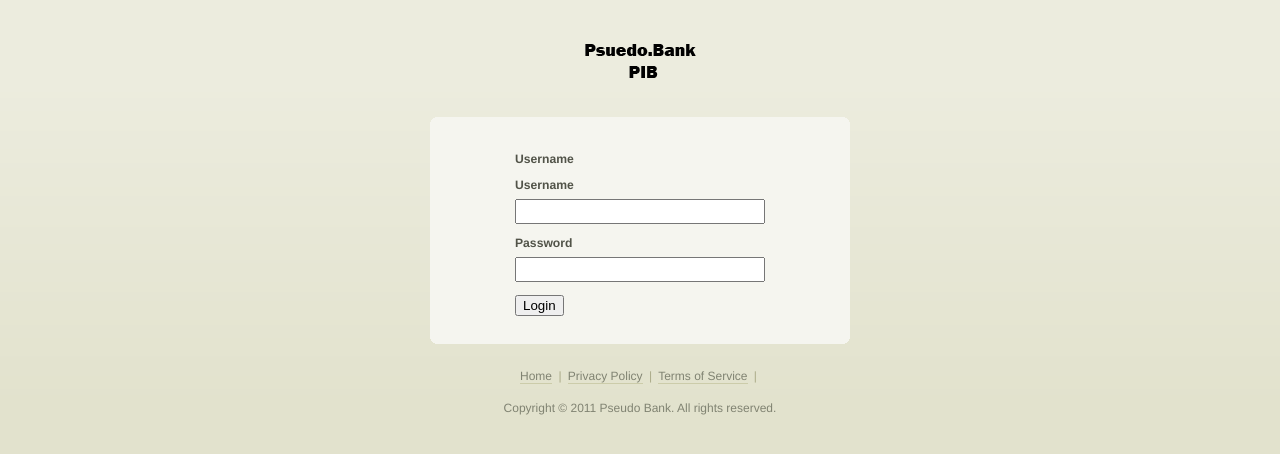
Repository: hareth12/Final-Year-Project
Page: http://localhost/pibChinese/Login/loginFail.jsp
These files come from the project's save history. The page is drawn as it stood at one moment and after the next save; the edit follows.
The browser window is 1280 px wide. The pictures show the whole page.
The page is served by Tomcat 9. Other server files are loaded and not shown.

Above is the page before, as saved 2011-09-22 17:46:26.

### pibChinese/WebContent/Login/loginFail.jsp
<!DOCTYPE html PUBLIC "-//W3C//DTD XHTML 1.0 Strict//EN" "http://www.w3.org/TR/xhtml1/DTD/xhtml1-strict.dtd">
<html xmlns="http://www.w3.org/1999/xhtml">
    <head>
        <meta http-equiv="Content-Type" content="text/html; charset=UTF-8" />
        <title>Pseudo Bank Login</title>

<link rel="stylesheet" type="text/css" href="/pib/asset/login/home.css"/>
</head>
    <body class="small login">
        <div id="wrapper">
    <div id="header"><h1><a href="/">Pseudo Bank PIB</a></h1></div>
    <div class="container">
        <div id="topcorners"><div class="cleft"></div><div class="cright"></div></div>
        <div id="content">






                <form name="f_0_11_1_3_1" method="post" action="/pib/LoginAction">
                    <table class="login" style="margin-left: auto; margin-right: auto;">
                        <tr>
                            <td><p class="mtop0 mbottom025"><strong><label for="email">Username</label></strong></p></td>
                        </tr>
                        <tr>
                            <td><p class="mtop0 mbottom025"><strong><label for="email">Username</label></strong></p><input id="userName" tabindex="1" class="inputtext" type="userName" name="userName" /></td>
                        </tr>
                        <tr>
                            <td><p class="mtop05 mbottom025"><strong><label for="password">Password</label></strong></p><input tabindex="2" class="inputtext" type="password" name="passWord" id="passWord" /></td>
                        </tr>



                        <tr>
                            <td style="padding-top: 10px;"><input class="bprimarypub80" type="submit" tabindex="4" value="Login" /></td>
                        </tr>
                    </table>
                </form>


        </div>
        <div id="bottomcorners"><div class="cleft"></div><div class="cright"></div></div>
    </div>
</div>
        <div id="footer">
    <p>
        <a href="#">Home</a> <span>|</span>
        <a href="#">Privacy Policy</a> <span>|</span>
        <a href="#">Terms of Service</a> <span>|</span>

    </p>
    <p>Copyright &copy; 2011 Pseudo Bank. All rights reserved.</p>
</div>

    </body>
</html>

Loaded but not shown: pibChinese/WebContent/asset/login/home.css (1985 lines, source omitted)

After the next save:
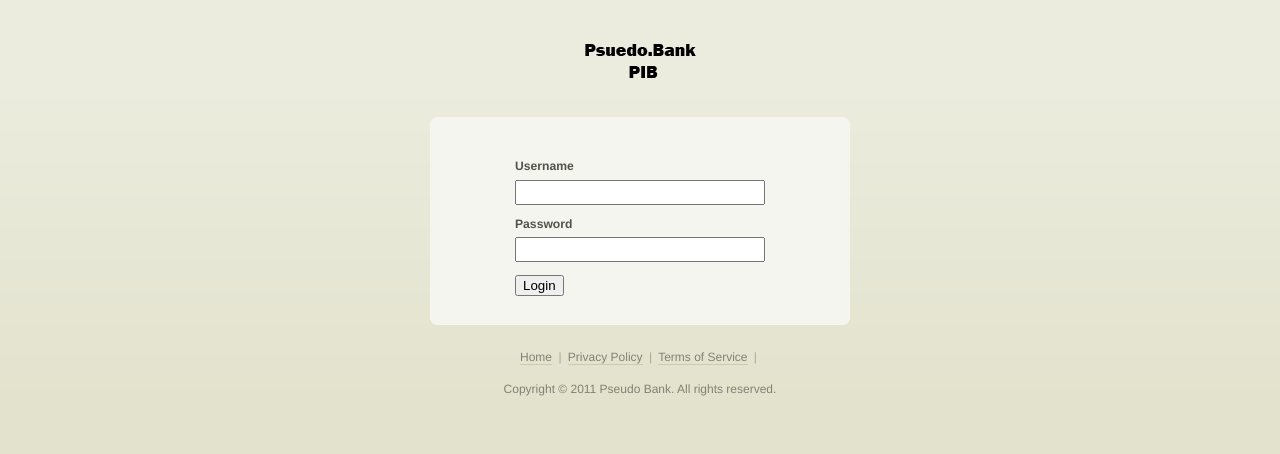
Saved 8 s later.
--- a/pibChinese/WebContent/Login/loginFail.jsp
+++ b/pibChinese/WebContent/Login/loginFail.jsp
@@ -21,7 +21,7 @@
                 <form name="f_0_11_1_3_1" method="post" action="/pib/LoginAction">
                     <table class="login" style="margin-left: auto; margin-right: auto;">
                         <tr>
-                            <td><p class="mtop0 mbottom025"><strong><label for="email">Username</label></strong></p></td>
+                            <td><p class="mtop0 mbottom025"><strong></strong></p></td>
                         </tr>
                         <tr>
                             <td><p class="mtop0 mbottom025"><strong><label for="email">Username</label></strong></p><input id="userName" tabindex="1" class="inputtext" type="userName" name="userName" /></td>

After the save that followed:
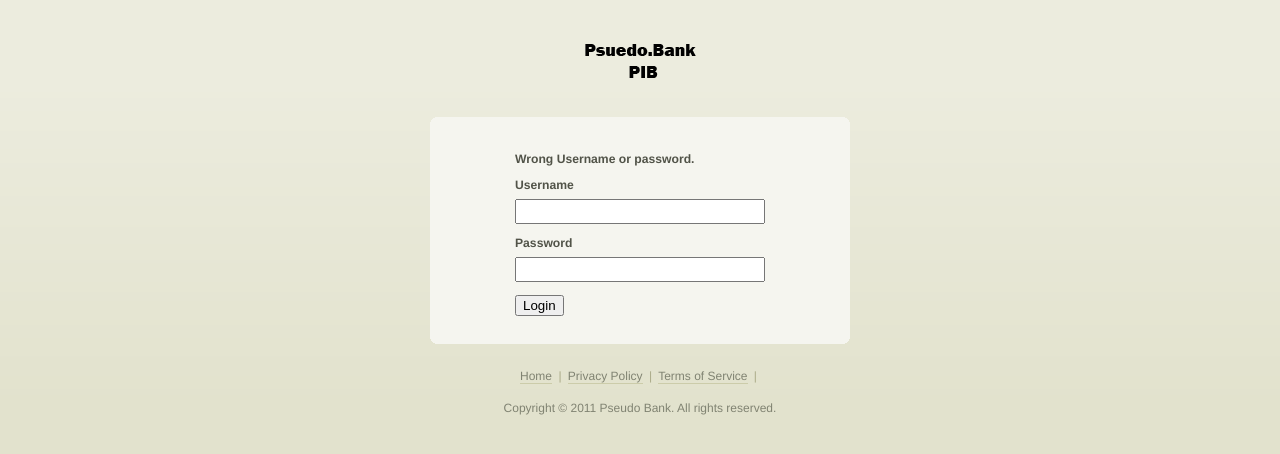
Saved 15 s later.
--- a/pibChinese/WebContent/Login/loginFail.jsp
+++ b/pibChinese/WebContent/Login/loginFail.jsp
@@ -21,7 +21,7 @@
                 <form name="f_0_11_1_3_1" method="post" action="/pib/LoginAction">
                     <table class="login" style="margin-left: auto; margin-right: auto;">
                         <tr>
-                            <td><p class="mtop0 mbottom025"><strong></strong></p></td>
+                            <td><p class="mtop0 mbottom025"><strong>Wrong Username or password.</strong></p></td>
                         </tr>
                         <tr>
                             <td><p class="mtop0 mbottom025"><strong><label for="email">Username</label></strong></p><input id="userName" tabindex="1" class="inputtext" type="userName" name="userName" /></td>
